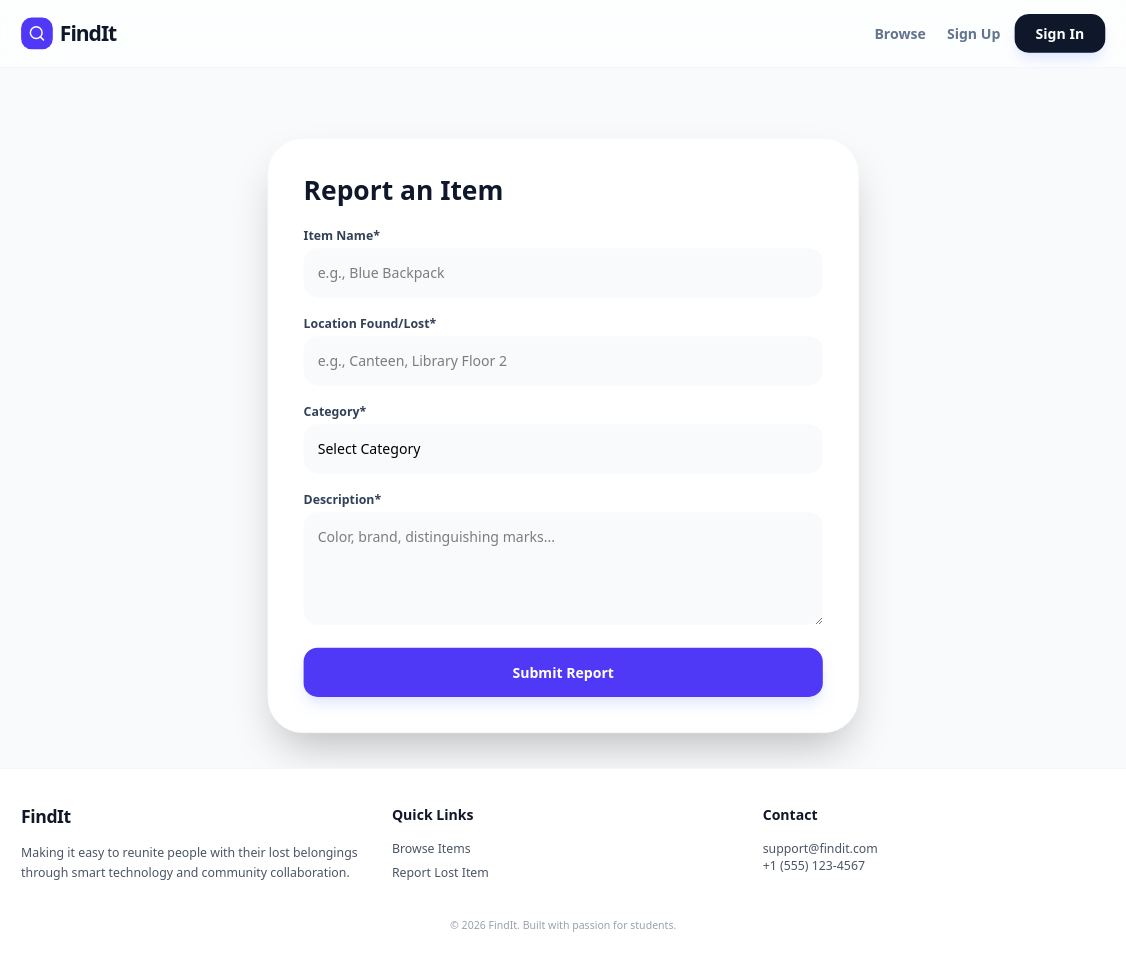
Repository: roygaurav007/lost-and-found
Page: /report (app in Frontend/client/)
An editor plug-in stored every save of this project. The page is shown before and after the next save, followed by the edit.
The browser window is 1280 px wide. The pictures show the whole page, at 88% of full size.
The project was rebuilt for these pictures with package versions that can differ from the ones it lists, and the page was loaded fresh each time. Also part of the build but not shown: Frontend/client/vite.config.js, Frontend/client/src/pages/Home.jsx, Frontend/client/src/pages/Login.jsx, Frontend/client/src/pages/Signup.jsx, Frontend/client/src/pages/BrowseItems.jsx, Frontend/client/src/pages/AdminDashboard.jsx, Frontend/client/src/pages/UserDashboard.jsx.

Above is the page before, as saved 2026-02-04 22:46:42.

### Frontend/client/src/main.jsx
import React from 'react'
import ReactDOM from 'react-dom/client'
import { BrowserRouter } from 'react-router-dom'
import App from './App'
import './styles/global.css' // We are pointing to our new style folder

ReactDOM.createRoot(document.getElementById('root')).render(
  <React.StrictMode>
    <BrowserRouter>
      <App />
    </BrowserRouter>
  </React.StrictMode>,
)

### Frontend/client/src/App.jsx
import { Routes, Route, Navigate } from 'react-router-dom';
import { Toaster } from 'react-hot-toast';
// OLD: import { AuthProvider, useAuth } from '../context/AuthContext';
import { AuthProvider, useAuth } from './context/AuthContext'; // NEW: Pointing to current directory
import Layout from './components/Layout';
import Home from './pages/Home';
import Login from './pages/Login';
import Signup from './pages/Signup'; // 🆕 Import Signup
import ReportItem from './pages/ReportItem';
import BrowseItems from './pages/BrowseItems';
import AdminDashboard from './pages/AdminDashboard';
import UserDashboard from './pages/UserDashboard';

const ProtectedRoute = ({ children, allowedRole }) => {
  const { user } = useAuth();
  if (!user) return <Navigate to="/login" replace />;
  if (user.role !== allowedRole) return <Navigate to="/" replace />;
  return children;
};

function AppContent() {
  return (
    <Layout>
      <Toaster position="top-center" />
      <Routes>
        <Route path="/" element={<Home />} />
        <Route path="/login" element={<Login />} />
        <Route path="/signup" element={<Signup />} /> {/* 🆕 Added Route */}
        <Route path="/browse" element={<BrowseItems />} />

        <Route path="/student-hub" element={
          <ProtectedRoute allowedRole="user"><UserDashboard /></ProtectedRoute>
        } />
        <Route path="/admin" element={
          <ProtectedRoute allowedRole="admin"><AdminDashboard /></ProtectedRoute>
        } />

        <Route path="/report" element={<ReportItem />} />
        <Route path="*" element={<div className="py-20 text-center font-bold text-2xl">404: Not Found</div>} />
      </Routes>
    </Layout>
  );
}

export default function App() {
  return (
    <AuthProvider>
      <AppContent />
    </AuthProvider>
  );
}

### Frontend/client/src/context/AuthContext.jsx
import { createContext, useContext, useState, useEffect } from 'react';
import toast from 'react-hot-toast';

const AuthContext = createContext();

export const AuthProvider = ({ children }) => {
  const [user, setUser] = useState(null);
  const [loading, setLoading] = useState(true);

  useEffect(() => {
    const savedUser = localStorage.getItem('findit_user');
    if (savedUser) setUser(JSON.parse(savedUser));
    setLoading(false);
  }, []);

  // 🔐 Logic for safe API calls
  const handleAuthResponse = async (response) => {
    const contentType = response.headers.get("content-type");
    if (!contentType || !contentType.includes("application/json")) {
      const textError = await response.text();
      console.error("Non-JSON Error from Server:", textError);
      throw new Error("Server error: Check if backend is running on port 5000");
    }
    return await response.json();
  };

  const login = async (email, password) => {
    try {
      // ✅ Added '/api' prefix to match server.js
      const response = await fetch(`${import.meta.env.VITE_API_URL}/auth/login`, {
        method: 'POST',
        headers: { 'Content-Type': 'application/json' },
        body: JSON.stringify({ email, password }),
      });

      const data = await handleAuthResponse(response);

      if (!response.ok) throw new Error(data.message || 'Login failed');

      setUser(data.user);
      localStorage.setItem('findit_token', data.token);
      localStorage.setItem('findit_user', JSON.stringify(data.user));
      return true;
    } catch (error) {
      toast.error(error.message);
      return false;
    }
  };

  const register = async (userData) => {
    try {
      // ✅ Added '/api' prefix to match server.js
      const response = await fetch(`${import.meta.env.VITE_API_URL}/auth/register`, {
        method: 'POST',
        headers: { 'Content-Type': 'application/json' },
        body: JSON.stringify(userData),
      });

      const data = await handleAuthResponse(response);

      if (!response.ok) throw new Error(data.message || 'Registration failed');

      setUser(data.user);
      localStorage.setItem('findit_token', data.token);
      localStorage.setItem('findit_user', JSON.stringify(data.user));
      return true;
    } catch (error) {
      toast.error(error.message);
      return false;
    }
  };

  const logout = () => {
    setUser(null);
    localStorage.removeItem('findit_user');
    localStorage.removeItem('findit_token');
    toast.success('Logged out successfully');
  };

  return (
    <AuthContext.Provider value={{ user, login, register, logout, loading }}>
      {!loading && children}
    </AuthContext.Provider>
  );
};

export const useAuth = () => useContext(AuthContext);

### Frontend/client/src/components/Layout.jsx
import Navbar from './Navbar';
import Footer from './Footer';

const Layout = ({ children }) => {
  return (
    <div className="min-h-screen flex flex-col bg-slate-50">
      <Navbar />
      <main className="flex-grow container mx-auto px-6 py-10">
        {children}
      </main>
      <Footer />
    </div>
  );
};

export default Layout;

### Frontend/client/src/pages/ReportItem.jsx
import { useForm } from 'react-hook-form';
import { zodResolver } from '@hookform/resolvers/zod';
import { reportSchema } from '../utils/formSchemas';
import toast from 'react-hot-toast';
import { useAuth } from '../context/AuthContext';

const ReportItem = () => {
  const { user } = useAuth();
  const { register, handleSubmit, formState: { errors }, reset } = useForm({
    resolver: zodResolver(reportSchema),
  });

  // 🔍 Debugging: This will show you exactly what's failing in your console
  console.log("Validation Errors:", errors);

  const onSubmit = async (data) => {
    const token = localStorage.getItem('findit_token');

    try {
      const response = await fetch(`${import.meta.env.VITE_API_URL}/items`, {
        method: 'POST',
        headers: {
          'Content-Type': 'application/json',
          'x-auth-token': token
        },
        body: JSON.stringify({
          title: data.itemName,
          description: data.description,
          category: data.category,
          location: data.location,
        }),
      });

      const result = await response.json();

      if (response.ok) {
        toast.success("Item reported successfully!");
        reset();
      } else {
        toast.error(result.message || "Failed to save item.");
      }
    } catch (err) {
      toast.error("Server connection error.");
    }
  };

  return (
    <div className="max-w-2xl mx-auto bg-white p-10 rounded-[2.5rem] shadow-2xl border border-slate-50 mt-10">
      <h2 className="text-3xl font-black mb-6 text-slate-900 text-left">Report an Item</h2>
      <form onSubmit={handleSubmit(onSubmit)} className="space-y-5 text-left">

        {/* Item Name */}
        <div>
          <label className="block text-sm font-bold text-slate-700 mb-1">Item Name*</label>
          <input {...register("itemName")} placeholder="e.g., Blue Backpack" className="w-full p-4 bg-slate-50 rounded-2xl outline-none focus:ring-2 focus:ring-indigo-500 transition" />
          {errors.itemName && <p className="text-red-500 text-xs mt-1 font-bold">{errors.itemName.message}</p>}
        </div>

        {/* Location */}
        <div>
          <label className="block text-sm font-bold text-slate-700 mb-1">Location Found/Lost*</label>
          <input {...register("location")} placeholder="e.g., Canteen, Library Floor 2" className="w-full p-4 bg-slate-50 rounded-2xl outline-none focus:ring-2 focus:ring-indigo-500 transition" />
          {errors.location && <p className="text-red-500 text-xs mt-1 font-bold">{errors.location.message}</p>}
        </div>

        {/* Category */}
        <div>
          <label className="block text-sm font-bold text-slate-700 mb-1">Category*</label>
          <select {...register("category")} className="w-full p-4 bg-slate-50 rounded-2xl outline-none focus:ring-2 focus:ring-indigo-500 appearance-none">
            <option value="">Select Category</option>
            <option value="electronics">Electronics</option>
            <option value="documents">Documents</option>
            <option value="wallets">Wallets/Bags</option>
            <option value="other">Other</option>
          </select>
          {errors.category && <p className="text-red-500 text-xs mt-1 font-bold">{errors.category.message}</p>}
        </div>

        {/* Description */}
        <div>
          <label className="block text-sm font-bold text-slate-700 mb-1">Description*</label>
          <textarea {...register("description")} className="w-full p-4 bg-slate-50 rounded-2xl h-32 outline-none focus:ring-2 focus:ring-indigo-500 transition" placeholder="Color, brand, distinguishing marks..." />
          {errors.description && <p className="text-red-500 text-xs mt-1 font-bold">{errors.description.message}</p>}
        </div>

        <button type="submit" className="w-full bg-indigo-600 text-white py-4 rounded-2xl font-black hover:bg-indigo-700 transition shadow-lg shadow-indigo-100">
          Submit Report
        </button>
      </form>
    </div>
  );
};

export default ReportItem;

### Frontend/client/src/components/Navbar.jsx
import { Link, useNavigate } from 'react-router-dom';
import { motion } from 'framer-motion';
import { useAuth } from '../context/AuthContext';
import { Search, LogOut, ShieldCheck, LayoutDashboard } from 'lucide-react';

const Navbar = () => {
  const { user, logout } = useAuth();
  const navigate = useNavigate();

  const handleLogout = () => {
    logout();
    navigate('/');
  };

  return (
    <nav className="sticky top-0 z-50 bg-white/70 backdrop-blur-xl border-b border-slate-100 px-6 py-4">
      <div className="max-w-7xl mx-auto flex justify-between items-center">
        <Link to="/" className="flex items-center gap-2 group">
          <motion.div whileHover={{ rotate: 15 }} className="bg-indigo-600 p-2 rounded-xl text-white">
            <Search size={20} />
          </motion.div>
          <span className="text-2xl font-black text-slate-900 tracking-tighter">FindIt</span>
        </Link>

        <div className="hidden md:flex items-center gap-6">
          <Link to="/browse" className="text-slate-500 font-bold hover:text-indigo-600 transition">Browse</Link>

          {user?.role === 'admin' && (
            <Link to="/admin" className="flex items-center gap-2 bg-rose-50 text-rose-600 px-4 py-2 rounded-xl font-black border border-rose-100">
              <ShieldCheck size={18} /> Admin Panel
            </Link>
          )}

{user ? (
  <button onClick={handleLogout} className="flex items-center gap-2 text-slate-600 font-bold hover:text-rose-500 transition">
    <LogOut size={18} /> Logout
  </button>
) : (
  <div className="flex items-center gap-4">
    <Link to="/signup" className="text-slate-500 font-bold hover:text-indigo-600 transition">
      Sign Up
    </Link>
    <Link to="/login" className="bg-slate-900 text-white px-6 py-2.5 rounded-2xl font-bold hover:bg-indigo-600 transition shadow-lg shadow-indigo-100">
      Sign In
    </Link>
  </div>
)}

        </div>
      </div>
    </nav>
  );
};

export default Navbar;

### Frontend/client/src/components/Footer.jsx
const Footer = () => {
  return (
    <footer className="bg-white border-t border-gray-100 py-10 mt-auto">
      <div className="max-w-7xl mx-auto px-6 grid grid-cols-1 md:grid-cols-3 gap-8 text-gray-600">
        <div>
          <h3 className="text-gray-900 font-black text-xl mb-4 tracking-tight">FindIt</h3>
          <p className="text-sm leading-relaxed">Making it easy to reunite people with their lost belongings through smart technology and community collaboration.</p>
        </div>
        <div>
          <h4 className="font-bold text-gray-900 mb-4">Quick Links</h4>
          <ul className="space-y-2 text-sm">
            <li><a href="/browse" className="hover:text-blue-600 transition">Browse Items</a></li>
            <li><a href="/report" className="hover:text-blue-600 transition">Report Lost Item</a></li>
          </ul>
        </div>
        <div>
          <h4 className="font-bold text-gray-900 mb-4">Contact</h4>
          <p className="text-sm">support@findit.com</p>
          <p className="text-sm">+1 (555) 123-4567</p>
        </div>
      </div>
      <div className="text-center mt-10 text-xs text-gray-400">
        © 2026 FindIt. Built with passion for students.
      </div>
    </footer>
  );
};

export default Footer;

### Frontend/client/src/utils/formSchemas.js
import { z } from 'zod';

export const reportSchema = z.object({
  itemName: z.string().min(3, "Item name must be at least 3 characters"),
  category: z.string().min(1, "Please select a category"),
  description: z.string().min(10, "Description must be at least 10 characters"),
  location: z.string().min(3, "Location must be at least 3 characters"),
  // Remove or make optional if not in your form to prevent validation blocks
});

Loaded but not shown: Frontend/client/index.html (common file); Frontend/client/src/styles/global.css (common file)

After the next save:
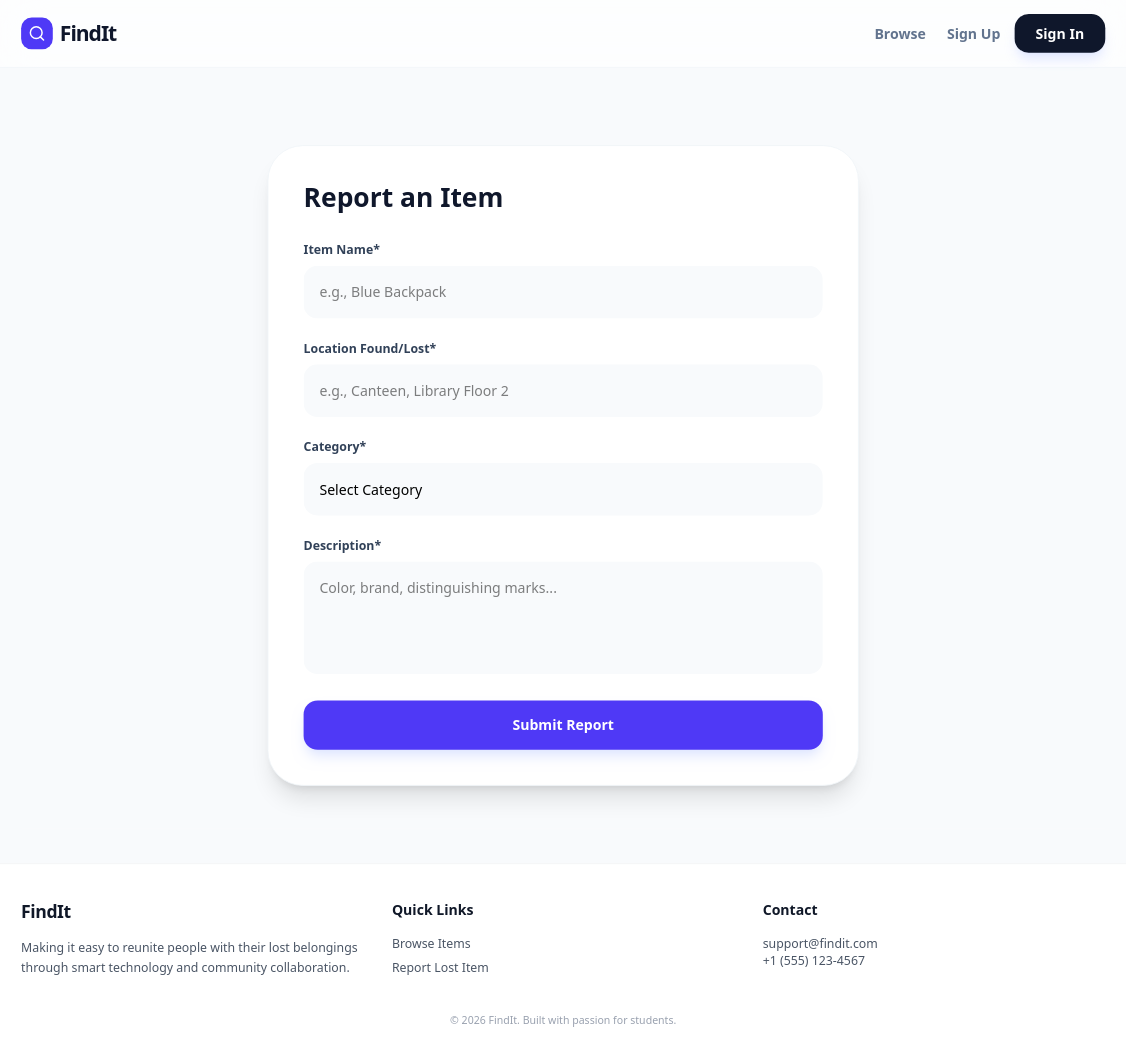
Saved 67 s later.
--- a/Frontend/client/src/pages/ReportItem.jsx
+++ b/Frontend/client/src/pages/ReportItem.jsx
@@ -3,15 +3,13 @@ import { zodResolver } from '@hookform/resolvers/zod';
 import { reportSchema } from '../utils/formSchemas';
 import toast from 'react-hot-toast';
 import { useAuth } from '../context/AuthContext';
+import { motion } from 'framer-motion';
 
 const ReportItem = () => {
   const { user } = useAuth();
   const { register, handleSubmit, formState: { errors }, reset } = useForm({
     resolver: zodResolver(reportSchema),
   });
-
-  // 🔍 Debugging: This will show you exactly what's failing in your console
-  console.log("Validation Errors:", errors);
 
   const onSubmit = async (data) => {
     const token = localStorage.getItem('findit_token');
@@ -45,48 +43,75 @@ const ReportItem = () => {
   };
 
   return (
-    <div className="max-w-2xl mx-auto bg-white p-10 rounded-[2.5rem] shadow-2xl border border-slate-50 mt-10">
-      <h2 className="text-3xl font-black mb-6 text-slate-900 text-left">Report an Item</h2>
-      <form onSubmit={handleSubmit(onSubmit)} className="space-y-5 text-left">
+    <div className="min-h-screen bg-slate-50 py-12 px-4">
+      <motion.div
+        initial={{ opacity: 0, y: 10 }}
+        animate={{ opacity: 1, y: 0 }}
+        className="max-w-2xl mx-auto bg-white p-10 rounded-[2.5rem] shadow-xl border border-slate-100"
+      >
+        <h2 className="text-3xl font-black mb-8 text-slate-900 text-left">Report an Item</h2>
 
-        {/* Item Name */}
-        <div>
-          <label className="block text-sm font-bold text-slate-700 mb-1">Item Name*</label>
-          <input {...register("itemName")} placeholder="e.g., Blue Backpack" className="w-full p-4 bg-slate-50 rounded-2xl outline-none focus:ring-2 focus:ring-indigo-500 transition" />
-          {errors.itemName && <p className="text-red-500 text-xs mt-1 font-bold">{errors.itemName.message}</p>}
-        </div>
+        <form onSubmit={handleSubmit(onSubmit)} className="space-y-6 text-left">
 
-        {/* Location */}
-        <div>
-          <label className="block text-sm font-bold text-slate-700 mb-1">Location Found/Lost*</label>
-          <input {...register("location")} placeholder="e.g., Canteen, Library Floor 2" className="w-full p-4 bg-slate-50 rounded-2xl outline-none focus:ring-2 focus:ring-indigo-500 transition" />
-          {errors.location && <p className="text-red-500 text-xs mt-1 font-bold">{errors.location.message}</p>}
-        </div>
+          {/* Item Name */}
+          <div>
+            <label className="block text-sm font-bold text-slate-700 mb-2">Item Name*</label>
+            <input
+              {...register("itemName")}
+              placeholder="e.g., Blue Backpack"
+              className="w-full p-4 bg-slate-50 rounded-2xl outline-none border-2 border-transparent focus:border-indigo-500 focus:bg-white transition-all duration-200"
+            />
+            {errors.itemName && <p className="text-red-500 text-xs mt-2 font-bold">{errors.itemName.message}</p>}
+          </div>
 
-        {/* Category */}
-        <div>
-          <label className="block text-sm font-bold text-slate-700 mb-1">Category*</label>
-          <select {...register("category")} className="w-full p-4 bg-slate-50 rounded-2xl outline-none focus:ring-2 focus:ring-indigo-500 appearance-none">
-            <option value="">Select Category</option>
-            <option value="electronics">Electronics</option>
-            <option value="documents">Documents</option>
-            <option value="wallets">Wallets/Bags</option>
-            <option value="other">Other</option>
-          </select>
-          {errors.category && <p className="text-red-500 text-xs mt-1 font-bold">{errors.category.message}</p>}
-        </div>
+          {/* Location */}
+          <div>
+            <label className="block text-sm font-bold text-slate-700 mb-2">Location Found/Lost*</label>
+            <input
+              {...register("location")}
+              placeholder="e.g., Canteen, Library Floor 2"
+              className="w-full p-4 bg-slate-50 rounded-2xl outline-none border-2 border-transparent focus:border-indigo-500 focus:bg-white transition-all duration-200"
+            />
+            {errors.location && <p className="text-red-500 text-xs mt-2 font-bold">{errors.location.message}</p>}
+          </div>
 
-        {/* Description */}
-        <div>
-          <label className="block text-sm font-bold text-slate-700 mb-1">Description*</label>
-          <textarea {...register("description")} className="w-full p-4 bg-slate-50 rounded-2xl h-32 outline-none focus:ring-2 focus:ring-indigo-500 transition" placeholder="Color, brand, distinguishing marks..." />
-          {errors.description && <p className="text-red-500 text-xs mt-1 font-bold">{errors.description.message}</p>}
-        </div>
+          {/* Category */}
+          <div>
+            <label className="block text-sm font-bold text-slate-700 mb-2">Category*</label>
+            <select
+              {...register("category")}
+              className="w-full p-4 bg-slate-50 rounded-2xl outline-none border-2 border-transparent focus:border-indigo-500 focus:bg-white transition-all duration-200 appearance-none"
+            >
+              <option value="">Select Category</option>
+              <option value="electronics">Electronics</option>
+              <option value="documents">Documents</option>
+              <option value="wallets">Wallets/Bags</option>
+              <option value="other">Other</option>
+            </select>
+            {errors.category && <p className="text-red-500 text-xs mt-2 font-bold">{errors.category.message}</p>}
+          </div>
 
-        <button type="submit" className="w-full bg-indigo-600 text-white py-4 rounded-2xl font-black hover:bg-indigo-700 transition shadow-lg shadow-indigo-100">
-          Submit Report
-        </button>
-      </form>
+          {/* Description */}
+          <div>
+            <label className="block text-sm font-bold text-slate-700 mb-2">Description*</label>
+            <textarea
+              {...register("description")}
+              className="w-full p-4 bg-slate-50 rounded-2xl h-32 outline-none border-2 border-transparent focus:border-indigo-500 focus:bg-white transition-all duration-200 resize-none"
+              placeholder="Color, brand, distinguishing marks..."
+            />
+            {errors.description && <p className="text-red-500 text-xs mt-2 font-bold">{errors.description.message}</p>}
+          </div>
+
+          <motion.button
+            whileHover={{ scale: 1.01 }}
+            whileTap={{ scale: 0.99 }}
+            type="submit"
+            className="w-full bg-indigo-600 text-white py-4 rounded-2xl font-black hover:bg-indigo-700 transition shadow-lg shadow-indigo-100"
+          >
+            Submit Report
+          </motion.button>
+        </form>
+      </motion.div>
     </div>
   );
 };
